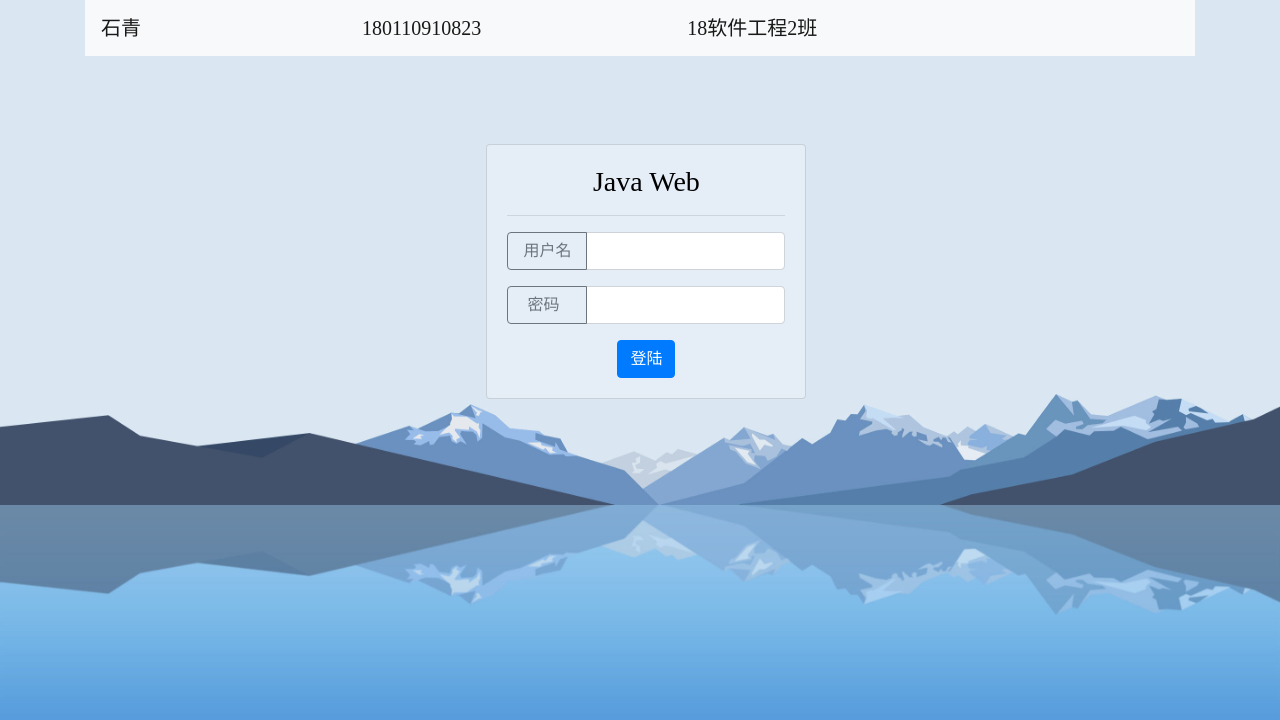
Repository: sqsssq/JavaWeb
Page: class1/IDEA/web/successful.html
An editor plug-in stored every save of this project. The page is shown before and after the next save, followed by the edit.
The browser window is 1280 px wide. The pictures show the whole page.

Above is the page before, as saved 2020-09-25 00:39:09.

After the next save:
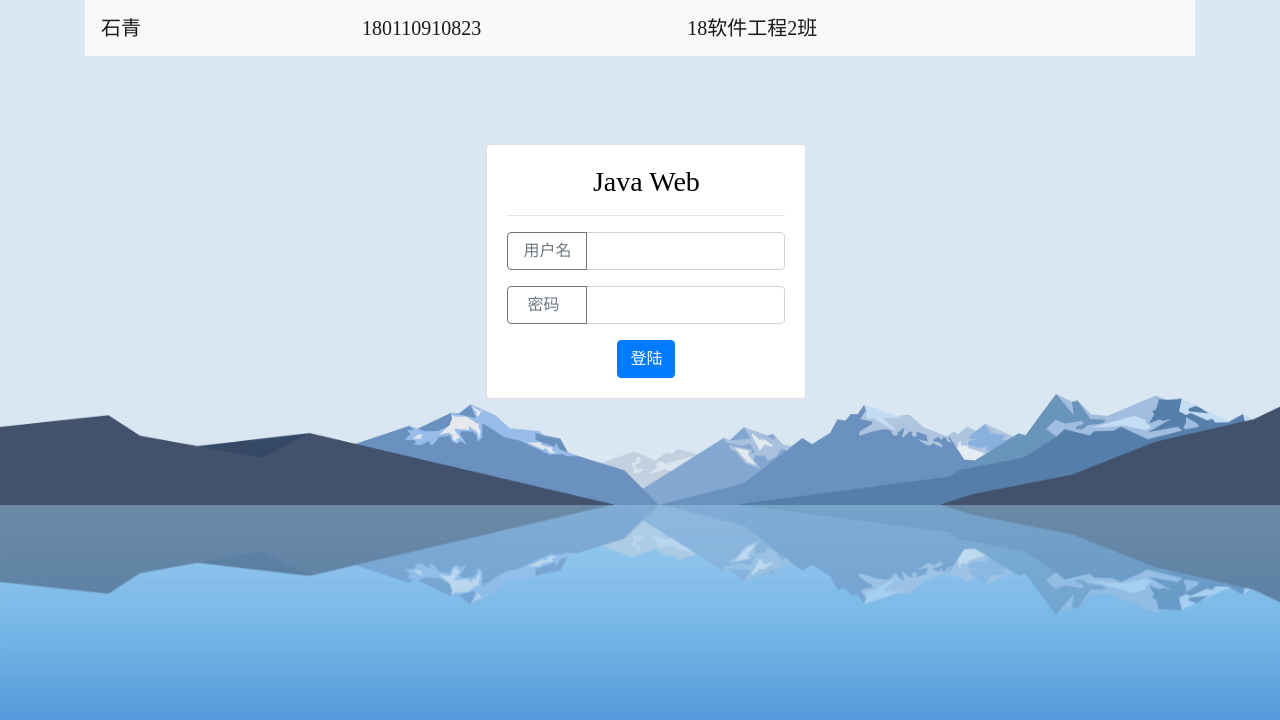
Saved 110 s later.
--- a/class1/IDEA/web/successful.html
+++ b/class1/IDEA/web/successful.html
@@ -1,7 +1,7 @@
 <!--
  * @Author: your name
  * @Date: 2020-09-23 10:46:47
- * @LastEditTime: 2020-09-25 00:39:03
+ * @LastEditTime: 2020-09-25 00:40:59
  * @LastEditors: Please set LastEditors
  * @Description: In User Settings Edit
  * @FilePath: \IDEA\web\successful.html
@@ -41,7 +41,7 @@
         <form method="post" action="loginAction.jsp">
 
     <!--    <form>-->
-        <div class="card" style="width: 20rem; position:absolute; left: 38%; float: left; top: 20%; background: rgba(255, 255, 255, 0.3);">
+        <div class="card" style="width: 20rem; position:absolute; left: 38%; float: left; top: 20%; ">
             <div class="card-body" style="text-align: center; opacity: 100%;">
                 <h3 class="card-title" style="color: black;">Java Web</h3>
                 <hr>
